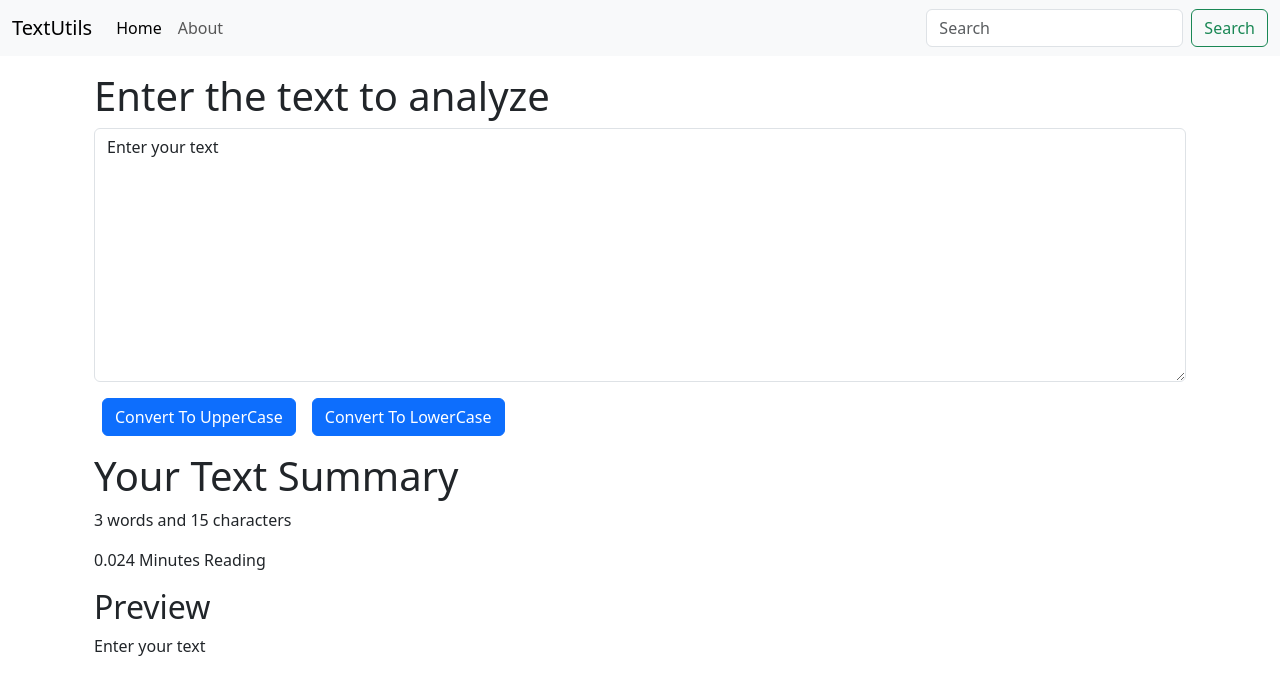
Repository: Rohit-foryou/Text-Utils
Page: /
The author's editor kept a copy of each file at every save. The page is drawn from the files as they stood at one save, then again after the next save.
The browser window is 1280 px wide. The pictures show the whole page.
The project was rebuilt for these pictures with package versions that can differ from the ones it lists, and the page was loaded fresh each time. Also part of the build but not shown: src/index.css, src/App.css.

Above is the page before, as saved 2023-12-20 21:17:25.

### public/index.html
<!DOCTYPE html>
<html lang="en">
  <head>
    <meta charset="utf-8" />
    <link rel="icon" href="%PUBLIC_URL%/favicon.ico" />
    <meta name="viewport" content="width=device-width, initial-scale=1" />
    <meta name="theme-color" content="#000000" />
    <meta
      name="description"
      content="Web site created using create-react-app"
    />
    <link rel="apple-touch-icon" href="%PUBLIC_URL%/logo192.png" />
    <link rel="manifest" href="%PUBLIC_URL%/manifest.json" />

    <!-- Bootstrap CSS -->
    <link href="https://cdn.jsdelivr.net/npm/bootstrap@5.3.2/dist/css/bootstrap.min.css" rel="stylesheet" integrity="sha384-T3c6CoIi6uLrA9TneNEoa7RxnatzjcDSCmG1MXxSR1GAsXEV/Dwwykc2MPK8M2HN" crossorigin="anonymous">

    <title>React App</title>
  </head>
  <body>
    <noscript>You need to enable JavaScript to run this app.</noscript>
    <div id="root"></div>

    <script src="https://cdn.jsdelivr.net/npm/bootstrap@5.3.2/dist/js/bootstrap.bundle.min.js" integrity="sha384-C6RzsynM9kWDrMNeT87bh95OGNyZPhcTNXj1NW7RuBCsyN/o0jlpcV8Qyq46cDfL" crossorigin="anonymous"></script>
  </body>
</html>

### src/App.js
import "./App.css";
import Navbar from "./components/Navbar";
import TextForm from "./components/TextForm";


function App() {
  return (
    <>
      <Navbar title = "TextUtils" aboutText = "About"/>
      <div className="container my-3">
      <TextForm heading = "Enter the text to analyze"/>
      </div>
    </>
  );
}

export default App;

### src/components/Navbar.js
import React from 'react'
import PropTypes from 'prop-types'


export default function Navbar(props) {
  return (
    <nav className="navbar navbar-expand-lg bg-body-tertiary">
        <div className="container-fluid">
          <a className="navbar-brand" href="/">{props.title}</a>
          <button className="navbar-toggler" type="button" data-bs-toggle="collapse" data-bs-target="#navbarSupportedContent" aria-controls="navbarSupportedContent" aria-expanded="false" aria-label="Toggle navigation">
            <span className="navbar-toggler-icon"></span>
          </button>
          <div className="collapse navbar-collapse" id="navbarSupportedContent">
            <ul className="navbar-nav me-auto mb-2 mb-lg-0">
              <li className="nav-item">
                <a className="nav-link active" aria-current="page" href="/">Home</a>
              </li>
              <li className="nav-item">
                <a className="nav-link" href="/">{props.aboutText}</a>
              </li>
            </ul>
            <form className="d-flex" role="search">
              <input className="form-control me-2" type="search" placeholder="Search" aria-label="Search"/>
              <button className="btn btn-outline-success" type="submit">Search</button>
            </form>
          </div>
        </div>
      </nav>
  )
}

Navbar.propTypes = {title: PropTypes.string.isRequired,
                     AboutText: PropTypes.string}

// Navbar.defaultProps = {
//     title: 'write title',
//     aboutText: 'About',
// }

### src/components/TextForm.js
import React, {useState} from 'react'


export default function TextForm(props) {
  const handleUpClick = ()=>{
      // console.log("uppercase is clicked" + text)
      let newText =  text.toUpperCase();
      setText(newText)
  }
  const handleLowClick = ()=>{
      // console.log("uppercase is clicked" + text)
      let newText =  text.toLowerCase();
      setText(newText)
  }
  const handleOnChange = (event)=>{
      // console.log("On change")
      setText(event.target.value)
  }
  const [text, setText] = useState('Enter your text');
  return (
    <>
    <div className='container'>
        <h1>{props.heading}</h1>
        <div className="mb-3">
        <textarea className="form-control" value = {text} onChange={handleOnChange} id="myBox" rows="10"></textarea>
        </div>
        <button className="btn btn-primary mx-2" onClick={handleUpClick}>Convert To UpperCase</button>
        <button className="btn btn-primary mx-2" onClick={handleLowClick}>Convert To LowerCase</button>
    </div>
    <div className="container my-3">
      <h1>Your Text Summary</h1>
      <p>{text.split(" ").length} words and {text.length} characters</p>
      <p>{0.008*text.split(" ").length} Minutes Reading</p>
      <h2>Preview</h2>
      <p>{text}</p>
    </div>
    </>
  )
}

Loaded but not shown: src/index.js (common file); src/reportWebVitals.js (common file)

After the next save:
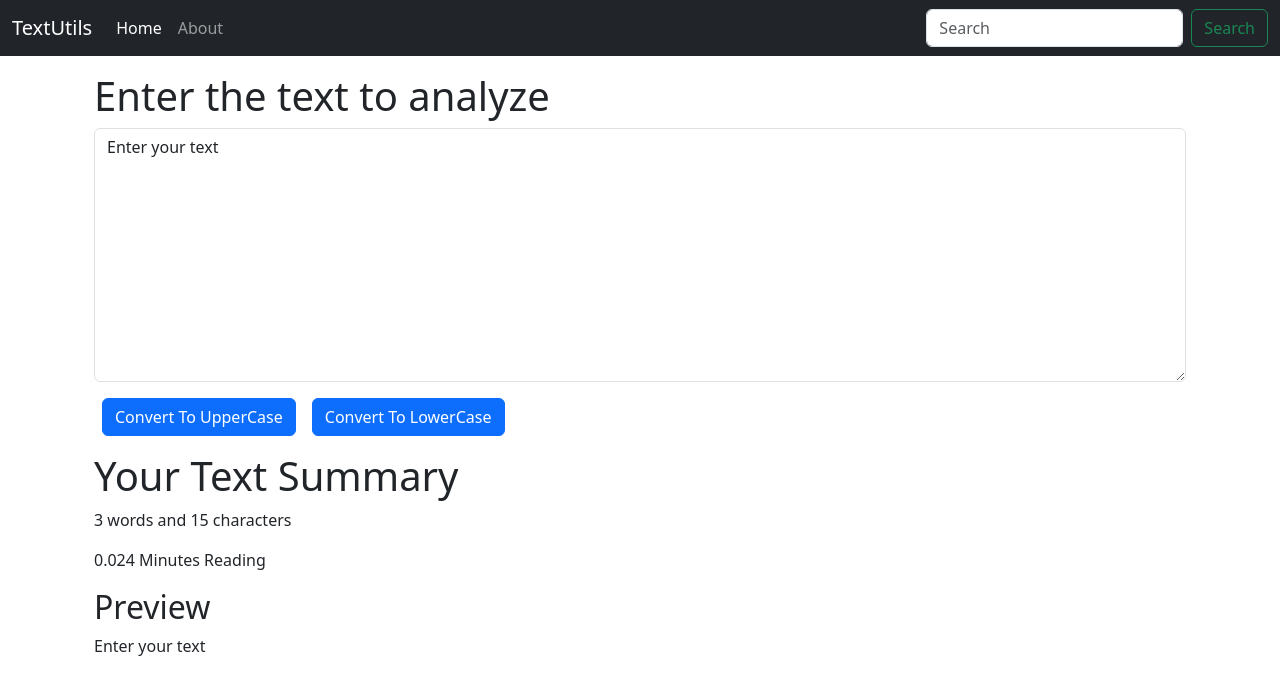
Saved 85 s later.
--- a/src/components/Navbar.js
+++ b/src/components/Navbar.js
@@ -4,7 +4,7 @@ import PropTypes from 'prop-types'
 
 export default function Navbar(props) {
   return (
-    <nav className="navbar navbar-expand-lg bg-body-tertiary">
+    <nav className="navbar navbar-expand-lg navbar-dark bg-dark">
         <div className="container-fluid">
           <a className="navbar-brand" href="/">{props.title}</a>
           <button className="navbar-toggler" type="button" data-bs-toggle="collapse" data-bs-target="#navbarSupportedContent" aria-controls="navbarSupportedContent" aria-expanded="false" aria-label="Toggle navigation">
